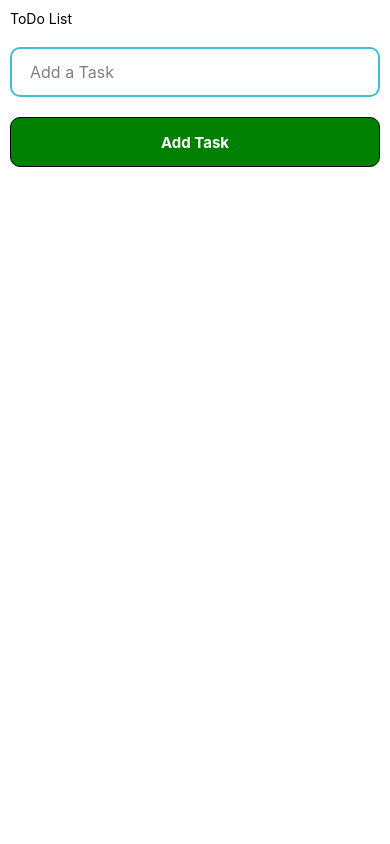
Repository: raisingh22/Projects
Screen: /
These files come from the project's save history. The screen is drawn as it stood at one moment and after the next save; the edit follows.
The app was drawn by React Native's web renderer in a window 390 px wide. The project was rebuilt for these pictures with package versions that can differ from the ones it lists, and the page was loaded fresh each time.

Above is the screen before, as saved 2024-01-21 19:10:03.

### App.js
import { View, Text, SafeAreaView } from 'react-native'
import React from 'react'
import ToDo from './src/ToDoList/screens/ToDo'

const App = () => {
  return (
   <SafeAreaView style={{
    flex:1
   }}>
     <ToDo/>
   </SafeAreaView>
  )
}

export default App

### src/ToDoList/screens/ToDo.js
import {StyleSheet, Text, TextInput, View} from 'react-native';
import React from 'react';
import MyBtn from '../../components/MyBtn';
import MyFlatList from '../../components/MyFlatList';

const DummyData = [
  {
    id: '1',
    name: 'John Doe',
  },
  {
    id: '2',
    name: 'Jane Smith',
  },
];
const ToDo = () => {
  return (
    <View
      style={{
        margin: 10,
      }}>
      <Text>ToDo List</Text>
      <TextInput
        placeholder="Add a Task"
        placeholderTextColor={'grey'}
        style={styles.textInput}
      />
      <MyBtn
        text={'Add Task'}
        btnStyle={{backgroundColor: 'green'}}
        textStyle={{
          fontSize: 15,
          fontWeight: 'bold',
        }}
      />
      <MyFlatList
        data={DummyData}
        renderItem={(item, index) => (
          <View>
            <Text>{item.someProperty}</Text>
          </View>
        )}
      />
    </View>
  );
};

export default ToDo;

const styles = StyleSheet.create({
  textInput: {
    width: '100%',
    height: 50,
    marginVertical: 20,
    borderWidth: 2,
    paddingVertical: 14,
    paddingHorizontal: 18,
    fontSize: 16,
    borderColor: '#40bdd4',
    borderRadius: 10,
  },
});

### src/components/MyBtn.js
import {StyleSheet, Text, TouchableOpacity, View} from 'react-native';
import React from 'react';

const MyBtn = ({text, onPress, btnStyle , textStyle}) => {
  return (
    <TouchableOpacity style={[styles.btn, btnStyle]} onPress={onPress}>
      <Text style={[styles.btnText, textStyle]} >{text}</Text>
    </TouchableOpacity>
  );
};

export default MyBtn;

const styles = StyleSheet.create({
  btn: {
    width: '100%',
    height: 50,
    backgroundColor: 'black',
    borderWidth: 1,
    borderRadius: 10,
    alignItems: 'center',
    justifyContent: 'center',
  },
  btnText: {
    color: 'white',
    // You can add more text styles here if needed
  },
});

### src/components/MyFlatList.js
import {FlatList, StyleSheet, Text, View} from 'react-native';
import React from 'react';

const MyFlatList = ({data, renderItem = (item, index) => {}}) => {
  return (
    <FlatList
      data={data}
      renderItem={({ item, index }) => renderItem(item, index)}
      keyExtractor={item => item.id.toString()}
      style={styles.list}
    />
  );
};

export default MyFlatList;

const styles = StyleSheet.create({
  list: {},
});

After the next save:
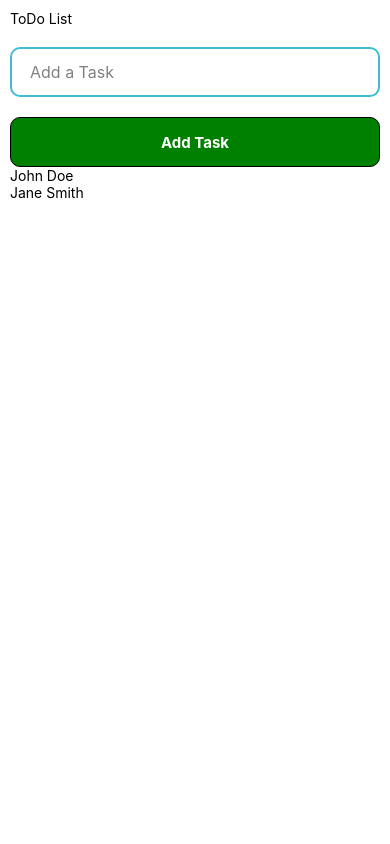
Saved 10 s later.
--- a/src/ToDoList/screens/ToDo.js
+++ b/src/ToDoList/screens/ToDo.js
@@ -37,7 +37,7 @@ const ToDo = () => {
         data={DummyData}
         renderItem={(item, index) => (
           <View>
-            <Text>{item.someProperty}</Text>
+            <Text>{item.name}</Text>
           </View>
         )}
       />
